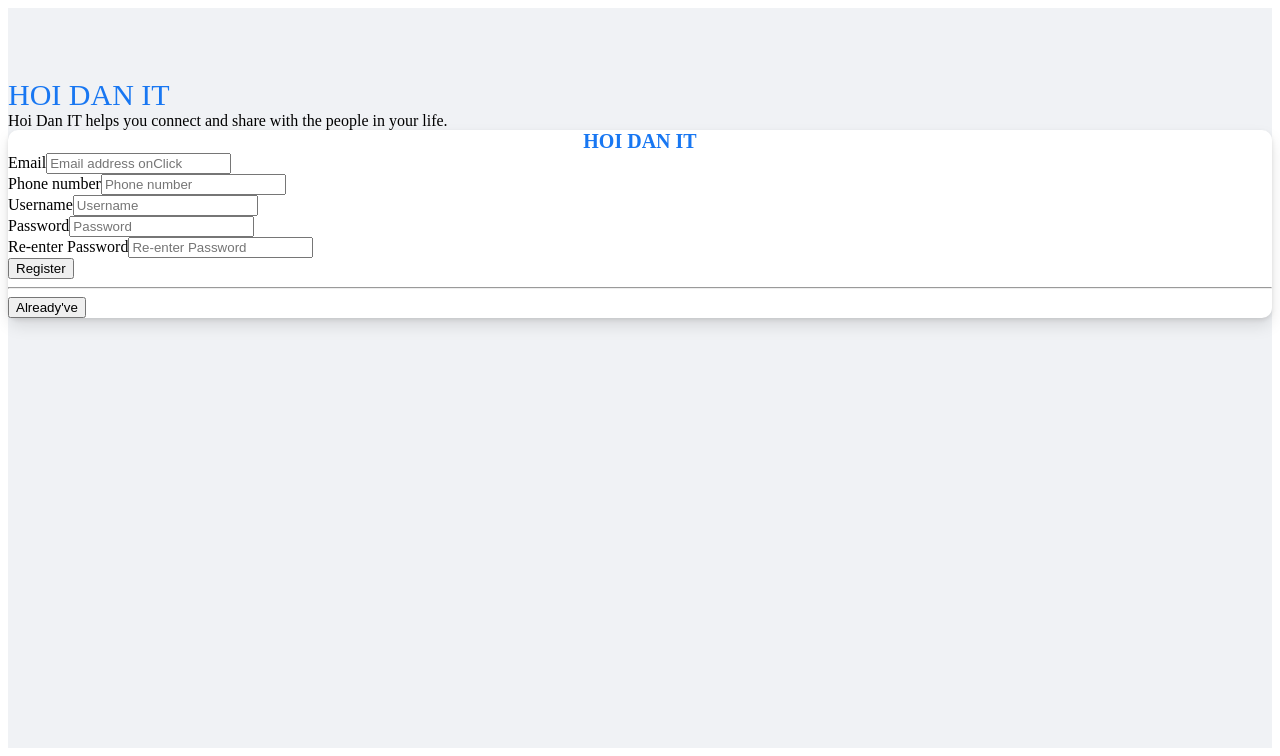
Repository: minhtien9/jwt_Reactjs_Frontend
Page: /register
An editor plug-in stored every save of this project. The page is shown before and after the next save, followed by the edit.
The browser window is 1280 px wide. The pictures show the whole page.
The project was rebuilt for these pictures with package versions that can differ from the ones it lists, and the page was loaded fresh each time. Also part of the build but not shown: src/App.scss, src/components/Navigation/Nav.scss, src/components/Navigation/Nav.js, src/components/Login/Login.scss, src/components/Login/Login.js.

Above is the page before, as saved 2022-05-23 11:33:44.

After the next save:
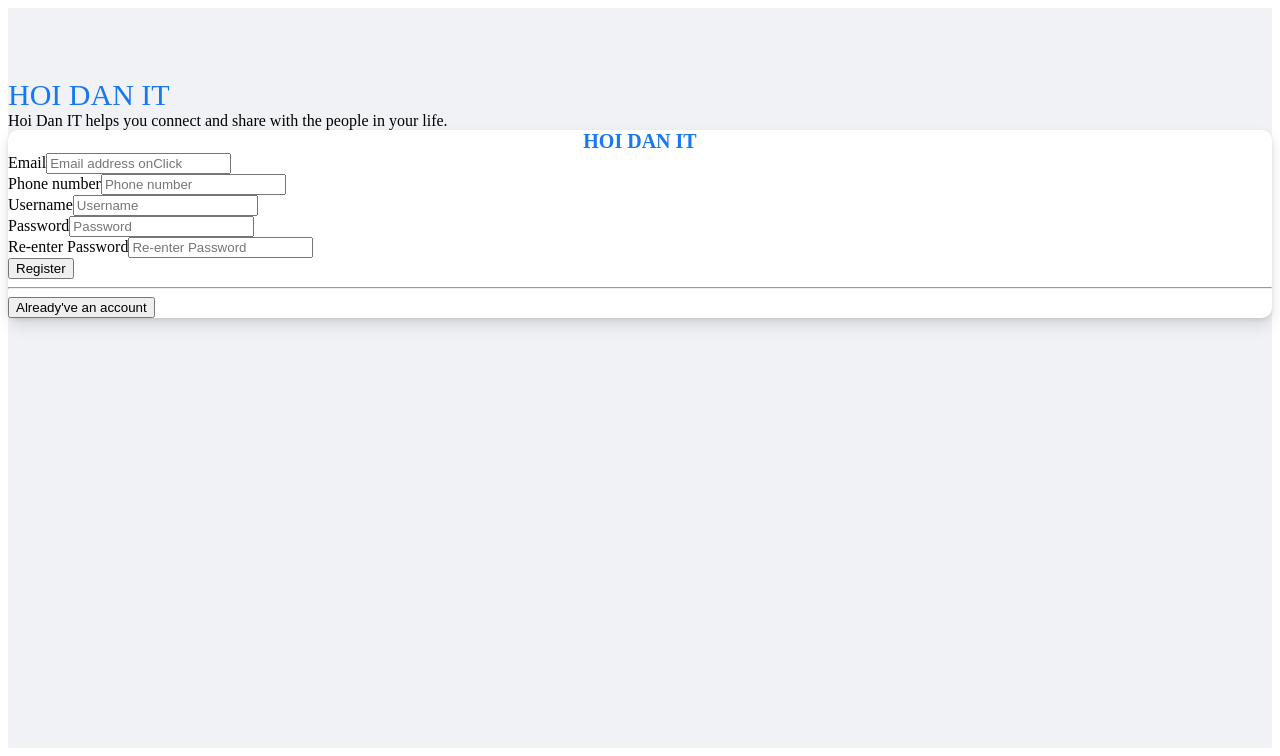
Saved 7 s later.
--- a/src/components/Register/Register.js
+++ b/src/components/Register/Register.js
@@ -72,7 +72,7 @@ const Register = (props) => {
                                 className='btn btn-success'
                                 onClick={() => handleRegister()}
                             >
-                                Already've
+                                Already've an account
                             </button>
                         </div>
                     </div>
